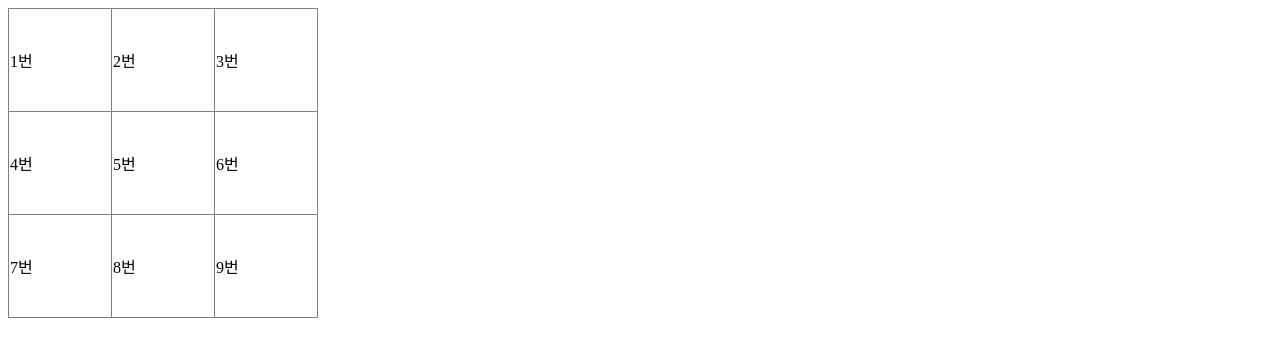
Repository: chaejunho689/bitcamp
Page: jQuery/src/main/webapp/06_jQueryDOM/exam01.html
An editor plug-in stored every save of this project. The page is shown before and after the next save, followed by the edit.
The browser window is 1280 px wide. The pictures show the whole page.

Above is the page before, as saved 2024-08-26 03:09:07.

### jQuery/src/main/webapp/06_jQueryDOM/exam01.html
<!DOCTYPE html>
<html>
<head>
<meta charset="UTF-8">
<title>Insert title here</title>
<style type="text/css">
table {
	border-collapse: collapse;
}

td {
	width: 100px;
	height: 100px;

}
</style>
</head>
<body>
	<table border="1">
		<tr>
			<td> 1번 </td>
			<td> 2번 </td>
			<td> 3번 </td>
		</tr>
		<tr>
			<td> 4번 </td>
			<td> 5번 </td>
			<td> 6번 </td>
		</tr>
		<tr>
			<td> 7번 </td>
			<td> 8번 </td>
			<td> 9번 </td>
		</tr>
	</table>

</body>
</html>

<!--
요소의 탐색과 생성
- jQuery는 특정 HTML 요소에 대한 객체를 기준으로 그 주변 요소나 태그의 트리 구조를 탐색할 수 있다.
- jQuery는 웹브라우저에 보여지는 HTML 태그 안에 HTML 요소를 생성하여 포함시키도록 하는 기능을 지원한다.

1. DOM (Document Object Model)
- DOM은 HTML과 XML 문서에 대한 구조적 정보를 제공하는 양식이다.
  즉, DOM이 HTML과 XML 문서의 뼈대를 의미한다.
- DOM은 문서구조나 외양 및 내용을 바꿀 수 있도록 프로그램에서 접근할 수있는 방법을
  제공하는 인터페이스를 말한다.
- DOM은 프로퍼티와 메소드를 가지는 객체와 노드의 트리형 구조로 표현되는데,
  이 구조는 스크립트나 다른 언어에서 웹페이지에 접근할 때 필수적이다.

(1) DOM의 구성요소
① Element : (= HTML 태그) 하나의 태그 요소를 의미한다.
② Attribute : (= HTML 태그 속성) 하나의 Element에 속해 있는 속성들을 의미한다.
③ Node : 하나의 Element에서 시작되는 트리 구조,
         하나의 노드 안에는 여러개의 노드가 포함되어 있을 수 있다.

(2) DOM 트리 구조

2. DOM 객체의 제어
- 다이나믹한 대화형 웹페이지 제작에서 DOM을 제어하는 것은 중요하다.
- jQuery의 기능들도 모두 DOM을 제어했기 때문에 가능한 것이다.
- jQuery가 제공하는 5개 함수를 통해, 하나의 요소를 기준으로 상대적으로 탐색할 수 있다.
    ① next() : 현재 요소를 기준으로 다음 요소를 리턴 한다.
    ② prev() : 현재 요소를 기준으로 이전 요소를 리턴 한다.
    ③ parent() : 현재 요소를 기준으로 상위 요소를 리턴 한다.
    ④ childrun() : 현재 요소를 기준으로 하위 요소를 배열로 리턴 한다.
    ⑤ eq(n) : 현재 요소를 기준으로 하위 요소 중 n번째 요소를 선택한다. n은 0부터 시작한다.

3. 조상과 자손의 검색
(1) 직계 자손이나 항렬이 같은 친척 찾기
- next(), prev(), parent(), childrun(), eq(n) 함수들은 특정 요소와 인접해 있는 다른 요소들을
  탐색한다. 즉 이 함수들은 HTML 태그의 Node를 타고 다니는 것과 같은 효과를 갖는다.

(2) 가까운 조상 찾기
- parents() : HTML 요소가 인접해 있지 않더라도, 현재 객체 요소의 상위 태그 중에서
  파라미터로 전달된 셀렉터가 가리키는 가장 가까운 요소를 찾는다.
- 사용법
  $("CSS셀렉터").parents("CSS셀렉터");

(3) 가까운 자식 찾기
- find() : HTML 요소가 인접해 있지 않더라도, 현재 객체 요소의 하위 태그 중에서
  파라미터로 전달된 셀렉터가 가리키는 가장 가까운 요소를 검색한다.
- 사용법
  $("CSS셀렉터").find("CSS셀렉터");
 -->

After the next save:
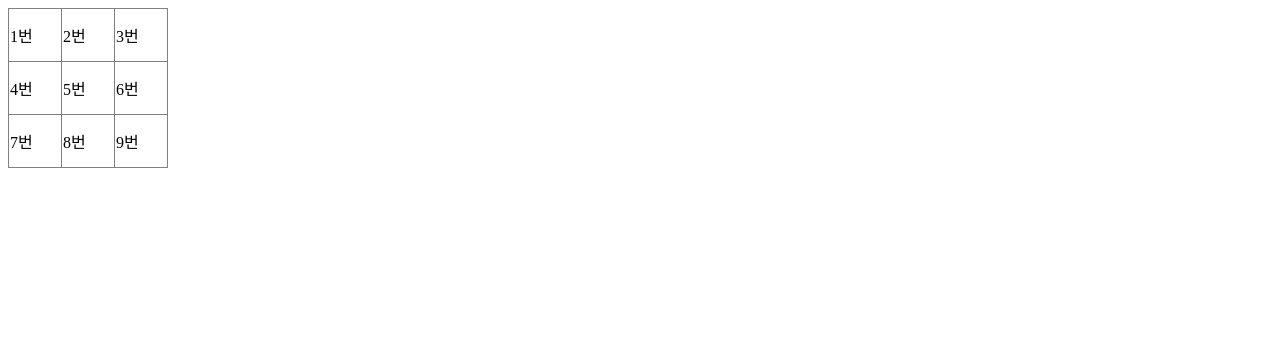
Saved 40 s later.
--- a/jQuery/src/main/webapp/06_jQueryDOM/exam01.html
+++ b/jQuery/src/main/webapp/06_jQueryDOM/exam01.html
@@ -9,8 +9,8 @@ table {
 }
 
 td {
-	width: 100px;
-	height: 100px;
+	width: 50px;
+	height: 50px;
 
 }
 </style>
